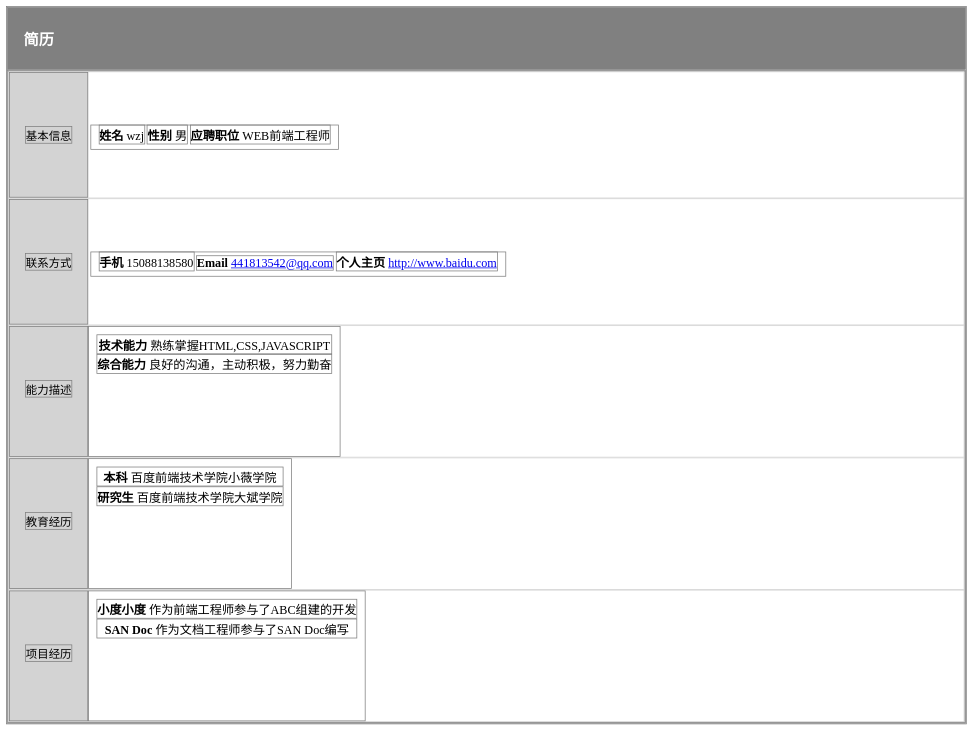
Repository: w441813542/webrecord
Page: day6_day7/jianli.html
These files come from the project's save history. The page is drawn as it stood at one moment and after the next save; the edit follows.
The browser window is 1280 px wide. The pictures show the whole page, at 76% of full size.

Above is the page before, as saved 2021-03-09 15:12:48.

### day6_day7/jianli.html
<!DOCTYPE html>
<html>

<head>
  <!-- <link rel="stylesheet" type="text/css" href="style_1.css" /> -->
  <!-- <link rel="stylesheet" type="text/css" href="style_2.css" /> -->
  <link rel="stylesheet" type="text/css" href="style_3.css" />
</head>

<body>
  <div class="box">
    <div class="left">
      <div class="caption">简历</div>
    </div>
    <div class="right">
      <div>
        <!-- <tr>
          <th rowspan="15" class="caption" align="center" valign="top">简历</th>
        </tr> -->
        <div class="part">
          <div class="part_left">
            <div class="th">基本信息</div>
          </div>
          <div class="part_right">
            <div class="td"><span>姓名</span> wzj</div>
            <div class="td"><span>性别</span> 男</div>
            <div class="td"><span>应聘职位</span> WEB前端工程师</div>
          </div>
        </div>
        <div class="part">
          <div class="part_left">
            <div class="th">联系方式</div>
          </div>
          <div class="part_right">
            <div class="td"><span>手机</span> 15088138580</div>
            <div class="td"><span>Email</span> <a href="mailto:441813542@qq.com">441813542@qq.com</a></div>
            <div class="td"><span>个人主页</span> <a href="http://www.baidu.com">http://www.baidu.com</a></div>
          </div>
        </div>
        <div class="part flex">
          <div class="part_left">
            <div class="th">能力描述</div>
          </div>
          <div class="part_right">
            <div class="td msgtd block"><span>技术能力</span> 熟练掌握HTML,CSS,JAVASCRIPT</div>
            <div class="td msgtd block"><span>综合能力</span> 良好的沟通，主动积极，努力勤奋</div>
          </div>
        </div>
        <div class="part flex">
          <div class="part_left">
            <div class="th">教育经历</div>
          </div>
          <div class="part_right">
            <div class="td msgtd block"><span>本科</span> 百度前端技术学院小薇学院</div>
            <div class="td msgtd block"><span>研究生</span> 百度前端技术学院大斌学院</div>
          </div>
        </div>
        <div class="part flex">
          <div class="part_left">
            <div class="th">项目经历</div>
          </div>
          <div class="part_right">
            <div class="td msgtd block"><span>小度小度</span> 作为前端工程师参与了ABC组建的开发</div>
            <div class="td msgtd block"><span>SAN Doc</span> 作为文档工程师参与了SAN Doc编写</div>
          </div>
        </div>
      </div>

    </div>
  </div>
</body>

</html>

### day6_day7/style_3.css
html {
    font-size: 10px;
  }

  div{
    border: 1px solid gray;
  }

  .td {
    font-size: 1.6em;
    display: inline-block;
    text-align: center;
  }

  .th {
    font-size: 1.5em;
    text-align: center;
    display: inline-block;
  }

  .caption {
    font-size: 2em;
    font-weight: bold;
    color: white;
    text-align: left;
    background: gray;
    padding-top: 25px;
    padding-left: 20px;
    padding-bottom: 25px;
  }

 .part{
   display: block;
   border: 1px solid lightgray;
 }

  .part_left{
    display: inline-block;
    text-align: center;
    padding-top: 70px;
    padding-bottom: 70px;
    padding-left: 20px;
    padding-right: 20px;
    background: lightgray;
  }

  .part_right{
    display: inline;
    height: 150px;
    padding: 10px;
  }

  span {
    font-weight: bold;
  }

  .box{
      display: block;
  }

  .flex{
    display: flex;
  }

  .block{
    display: block;
  }

After the next save:
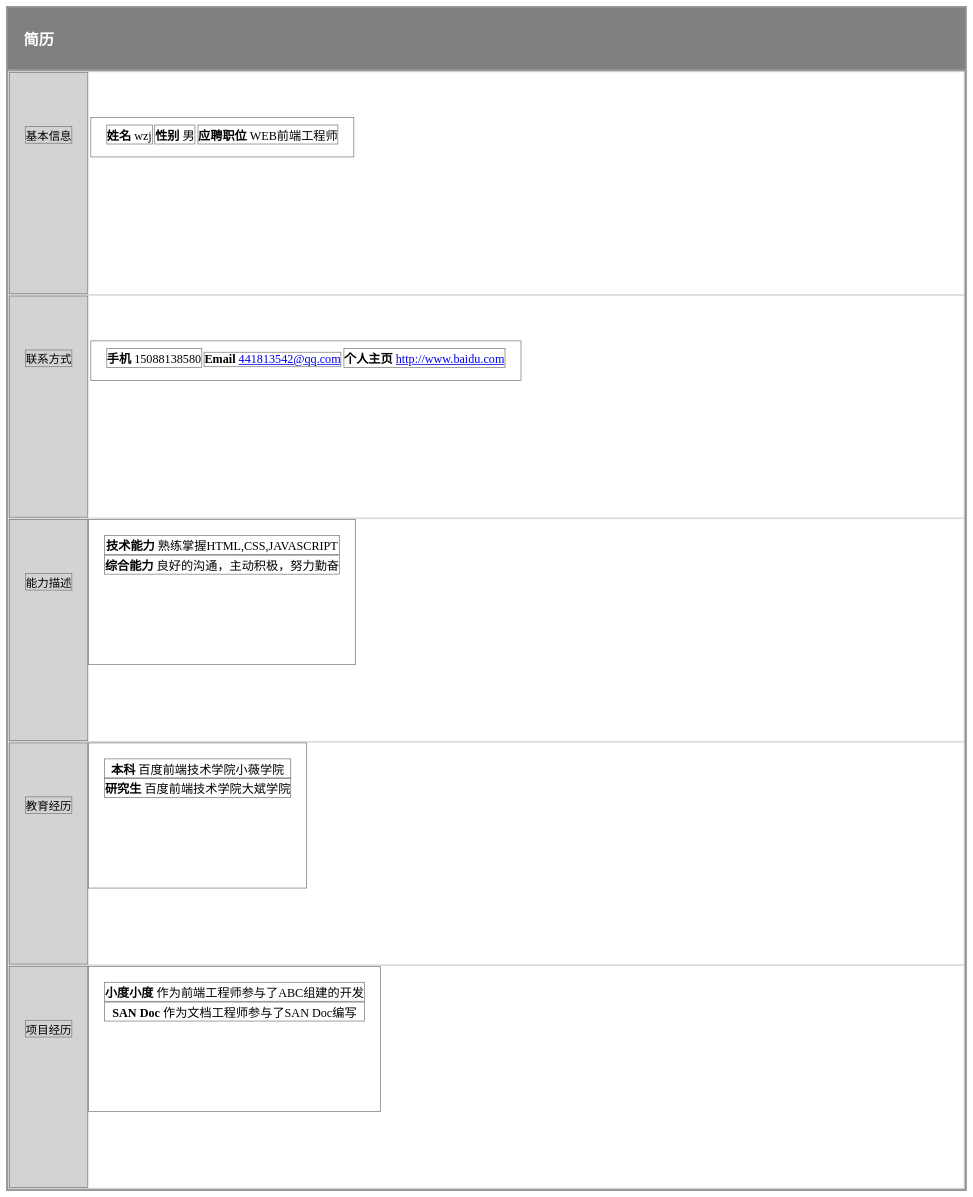
Saved 17 s later.
--- a/day6_day7/style_3.css
+++ b/day6_day7/style_3.css
@@ -14,7 +14,6 @@ html {
 
   .th {
     font-size: 1.5em;
-    text-align: center;
     display: inline-block;
   }
 
@@ -41,13 +40,14 @@ html {
     padding-bottom: 70px;
     padding-left: 20px;
     padding-right: 20px;
+    height: 150px;
     background: lightgray;
   }
 
   .part_right{
     display: inline;
     height: 150px;
-    padding: 10px;
+    padding: 20px;
   }
 
   span {
